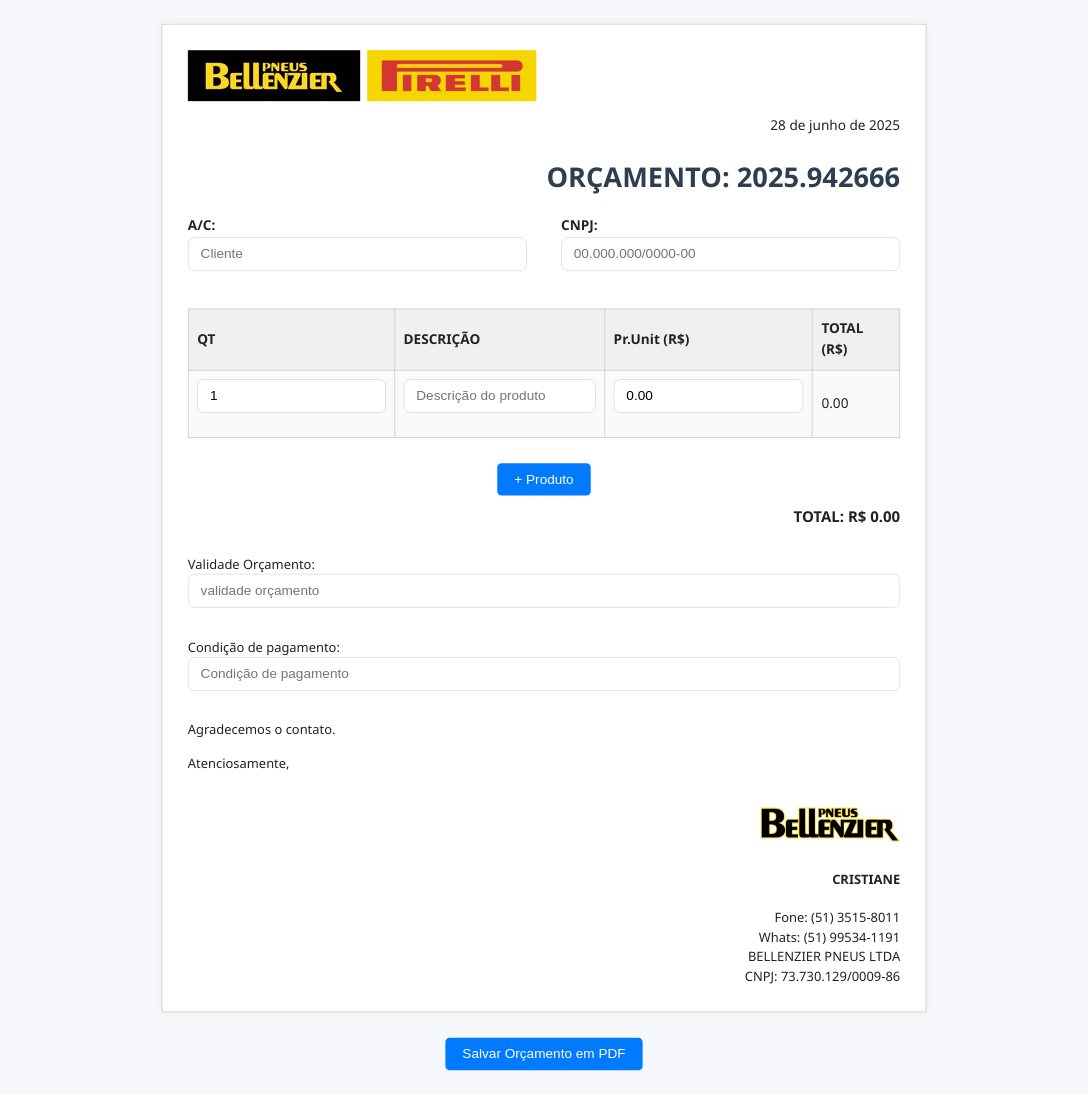
Repository: Cristiane-Sartori14/Orcamento
Page: index.html
These files come from the project's save history. The page is drawn as it stood at one moment and after the next save; the edit follows.
The browser window is 1280 px wide. The pictures show the whole page, at 85% of full size.

Above is the page before, as saved 2025-06-29 10:20:29.

### index.html
<!DOCTYPE html>
<html lang="pt-BR">
  <head>
    <meta charset="UTF-8" />
    <title>Orçamento Automático</title>
    <link rel="stylesheet" href="Styles.css">
    <script src="Script.js" defer></script>
    <script src="https://cdnjs.cloudflare.com/ajax/libs/html2pdf.js/0.10.1/html2pdf.bundle.min.js"></script>
  </head>
  <body>
    <div id="orcamentoArea">
      <div class="cabecalho">
        <img src="belle.png" alt="Logo Bellenzier" />
      </div>

      <div class="dados-topo">
        <p id="dataAtual"></p>
        <h1>ORÇAMENTO: <span id="numeroOrcamento"></span></h1>
      </div>

      <div class="linha">
        <label>
          A/C:
          <input type="text" id="ac" placeholder="Cliente" />
        </label>
        <p></p>
        <label>
          CNPJ:
          <input type="text" id="cnpj" placeholder="00.000.000/0000-00" />
        </label>
      </div>

      <table>
        <thead>
          <tr>
            <th>QT</th>
            <th>DESCRIÇÃO</th>
            <th>Pr.Unit (R$)</th>
            <th>TOTAL (R$)</th>
          </tr>
        </thead>
        <tbody id="corpoTabela">
          <tr>
            <td><input type="number" class="qtd" value="1" min="1" /></td>
            <td>
              <input
                type="text"
                class="descricao"
                placeholder="Descrição do produto"
              />
            </td>
            <td>
              <input type="number" class="valor" value="0.00" step="0.01" />
            </td>
            <td class="subtotal">0.00</td>
          </tr>
        </tbody>
      </table>

      <button class="botao" onclick="adicionarProduto()">+ Produto</button>

      <div class="totalGeral">TOTAL: R$ <span id="valorTotal">0.00</span></div>

      <div class="info-final">
        <label>
          <p></p>
          Validade Orçamento:
          <input type="text" id="val" placeholder="validade orçamento" />
        </label>

        <p></p>

        <label>
          Condição de pagamento:
          <input type="text" id="cond" placeholder="Condição de pagamento" />
        </label>

        <p>Agradecemos o contato.</p>
        <p>Atenciosamente,</p>
      </div>

      <div class="rodape">
        <img src="assin.png" alt="Logo Bellenzier" style="height: 40px" /><br />
        <strong>CRISTIANE</strong><br />
        Fone: (51) 3515-8011<br />
        Whats: (51) 99534-1191<br />
        BELLENZIER PNEUS LTDA<br />
        CNPJ: 73.730.129/0009-86
      </div>
    </div>

    <button class="botao" onclick="gerarPDF()">Salvar Orçamento em PDF</button>
  </body>
</html>

### Styles.css
:root {
  --primary-blue: #007bff;
  --primary-blue-hover: #0056b3;
  --green-dark: #1e7e34;
  --border-gray: #ccc;
  --background-light: #f5f7fa;
  --text-dark: #2c3e50;
  --input-border: #ddd;
  --input-border-focus: #3498db;
}

*,
*::before,
*::after {
  box-sizing: border-box;
}

body {
  font-family: "Segoe UI", Tahoma, Geneva, Verdana, sans-serif;
  background-color: var(--background-light);
  color: #222;
  line-height: 1.6;
  padding: 20px;
}

#orcamentoArea {
  background: #fff;
  max-width: 900px;
  margin: auto;
  padding: 30px;
  border: 1px solid var(--border-gray);
  box-shadow: 0 0 10px rgba(0, 0, 0, 0.05);
}

.cabecalho {
  display: flex;
  justify-content: space-between;
  align-items: center;
}

.cabecalho img {
  height: 60px;
}

.dados-topo {
  text-align: right;
}

h1,
h2,
h3 {
  color: var(--text-dark);
  margin-bottom: 20px;
  font-weight: 700;
}

.linha {
  display: flex;
  gap: 20px;
  margin-top: 20px;
}

.linha label {
  flex: 1;
  font-weight: bold;
  display: block;
  margin-bottom: 6px;
}

input[type="text"],
input[type="number"],
select,
textarea {
  width: 100%;
  padding: 10px 14px;
  margin-bottom: 18px;
  border: 1.8px solid var(--input-border);
  border-radius: 8px;
  font-size: 1rem;
  transition: border-color 0.3s ease;
}

input[type="text"]:focus,
input[type="number"]:focus,
select:focus,
textarea:focus {
  border-color: var(--input-border-focus);
  outline: 3px solid var(--input-border-focus);
  outline-offset: 2px;
}

table {
  width: 100%;
  margin-top: 20px;
  border-collapse: collapse;
}

th,
td {
  border: 1px solid var(--border-gray);
  padding: 10px;
  text-align: left;
}

th {
  background: #f0f0f0;
}

tbody tr:nth-child(odd) {
  background-color: #fafafa;
}

tbody tr:hover {
  background-color: #e9f0fb;
}

#totalGeral {
  font-weight: bold;
  font-size: 18px;
  color: var(--green-dark);
}

.totalGeral {
  text-align: right;
  font-size: 1.1em;
  font-weight: bold;
  margin-top: 10px;
}

.info-final {
  margin-top: 30px;
  font-size: 0.95em;
}

.rodape {
  display: flex;
  flex-direction: column;
  align-items: flex-end;       /* Alinha todos os elementos à direita */
  text-align: right;
  margin-top: 40px;
  font-size: 0.95em;
  line-height: 1.5;
}

.rodape img {
  height: 60px;
  margin-bottom: 10px;
}

.botao {
  display: block;
  margin: 30px auto 0;
  background: var(--primary-blue);
  color: white;
  padding: 10px 20px;
  border: none;
  border-radius: 5px;
  font-size: 16px;
  cursor: pointer;
  transition: background-color 0.3s ease, transform 0.2s ease;
}

.botao:hover {
  background: var(--primary-blue-hover);
  transform: scale(1.05);
}

.botao:active {
  transform: scale(0.98);
  background-color: #004080;
}

@media (max-width: 600px) {
  #orcamentoArea {
    padding: 15px;
    width: 95%;
  }

  .linha {
    flex-direction: column;
    gap: 10px;
  }
}

### Script.js
document.addEventListener("DOMContentLoaded", () => {
  const hoje = new Date();
  const dataFormatada = hoje.toLocaleDateString("pt-BR", {
    day: "2-digit",
    month: "long",
    year: "numeric",
  });
  document.getElementById("dataAtual").textContent = dataFormatada;
  document.getElementById("numeroOrcamento").textContent =
    new Date().getFullYear() +
    "." +
    Math.floor(100000 + Math.random() * 900000);
  document
    .querySelectorAll(".qtd, .valor")
    .forEach((input) => input.addEventListener("input", atualizarTotais));
  atualizarTotais();
});

document.getElementById("cnpj").addEventListener("input", function (e) {
  let valor = e.target.value.replace(/\D/g, ""); // remove tudo que não é número

  if (valor.length > 14) valor = valor.slice(0, 14); // limita a 14 dígitos

  let formatado = valor;
  if (valor.length >= 3) formatado = valor.slice(0, 2) + "." + valor.slice(2);
  if (valor.length >= 6)
    formatado = formatado.slice(0, 6) + "." + valor.slice(5);
  if (valor.length >= 9)
    formatado = formatado.slice(0, 10) + "/" + valor.slice(8);
  if (valor.length >= 13)
    formatado = formatado.slice(0, 15) + "-" + valor.slice(12);

  e.target.value = formatado;
});

function atualizarTotais() {
  let total = 0;
  document.querySelectorAll("#corpoTabela tr").forEach((linha) => {
    const qtd = parseFloat(linha.querySelector(".qtd")?.value || 0);
    const valor = parseFloat(linha.querySelector(".valor")?.value || 0);
    const subtotal = qtd * valor;
    linha.querySelector(".subtotal").textContent = subtotal.toFixed(2);
    total += subtotal;
  });
  document.getElementById("valorTotal").textContent = total.toFixed(2);
}

function adicionarProduto() {
  const linha = document.createElement("tr");
  linha.innerHTML = `
        <td><input type="number" class="qtd" value="1" min="1" /></td>
        <td><input type="text" class="descricao" placeholder="Descrição do produto" /></td>
        <td><input type="number" class="valor" value="0.00" step="0.01" /></td>
        <td class="subtotal">0.00</td>
      `;
  document.getElementById("corpoTabela").appendChild(linha);
  linha.querySelector(".qtd").addEventListener("input", atualizarTotais);
  linha.querySelector(".valor").addEventListener("input", atualizarTotais);
}

function gerarPDF() {
  console.log("Gerando PDF...");
  const area = document.getElementById("orcamentoArea");
  const opt = {
    margin: 10,
    filename: `Orcamento_${Date.now()}.pdf`,
    image: { type: "jpeg", quality: 0.98 },
    html2canvas: { scale: 2 },
    jsPDF: { unit: "mm", format: "a4", orientation: "portrait" },
  };
  html2pdf().set(opt).from(area).save();
}

After the next save:
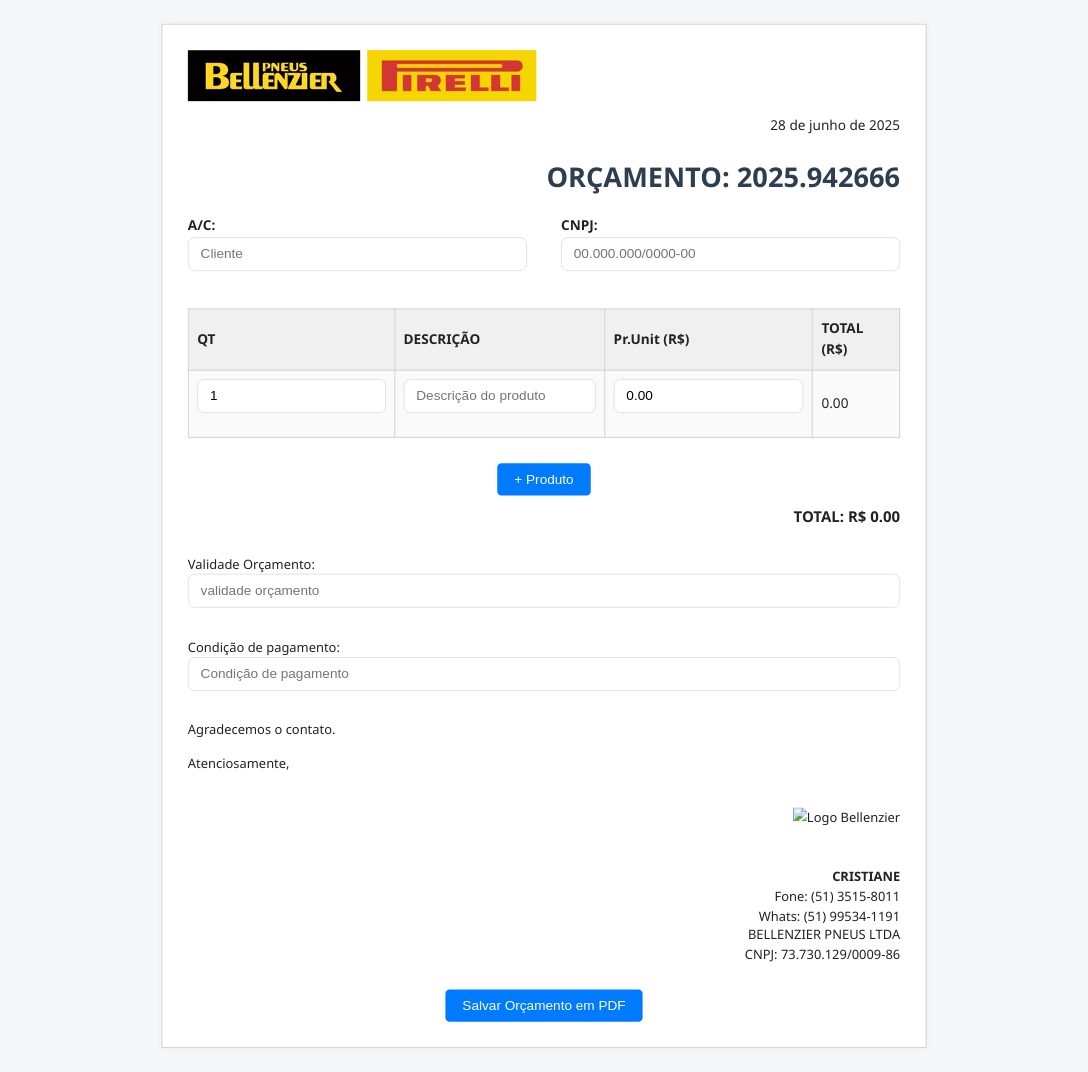
Not found: bellenzier-logo.png
Saved 32 s later.
--- a/index.html
+++ b/index.html
@@ -79,15 +79,14 @@
         <p>Atenciosamente,</p>
       </div>
 
-      <div class="rodape">
-        <img src="assin.png" alt="Logo Bellenzier" style="height: 40px" /><br />
-        <strong>CRISTIANE</strong><br />
-        Fone: (51) 3515-8011<br />
-        Whats: (51) 99534-1191<br />
-        BELLENZIER PNEUS LTDA<br />
-        CNPJ: 73.730.129/0009-86
-      </div>
-    </div>
+     <div class="rodape">
+  <img src="bellenzier-logo.png" alt="Logo Bellenzier" />
+  <strong>CRISTIANE</strong>
+  <span>Fone: (51) 3515-8011</span>
+  <span>Whats: (51) 99534-1191</span>
+  <span>BELLENZIER PNEUS LTDA</span>
+  <span>CNPJ: 73.730.129/0009-86</span>
+</div>
 
     <button class="botao" onclick="gerarPDF()">Salvar Orçamento em PDF</button>
   </body>

After the 2 saves that followed:
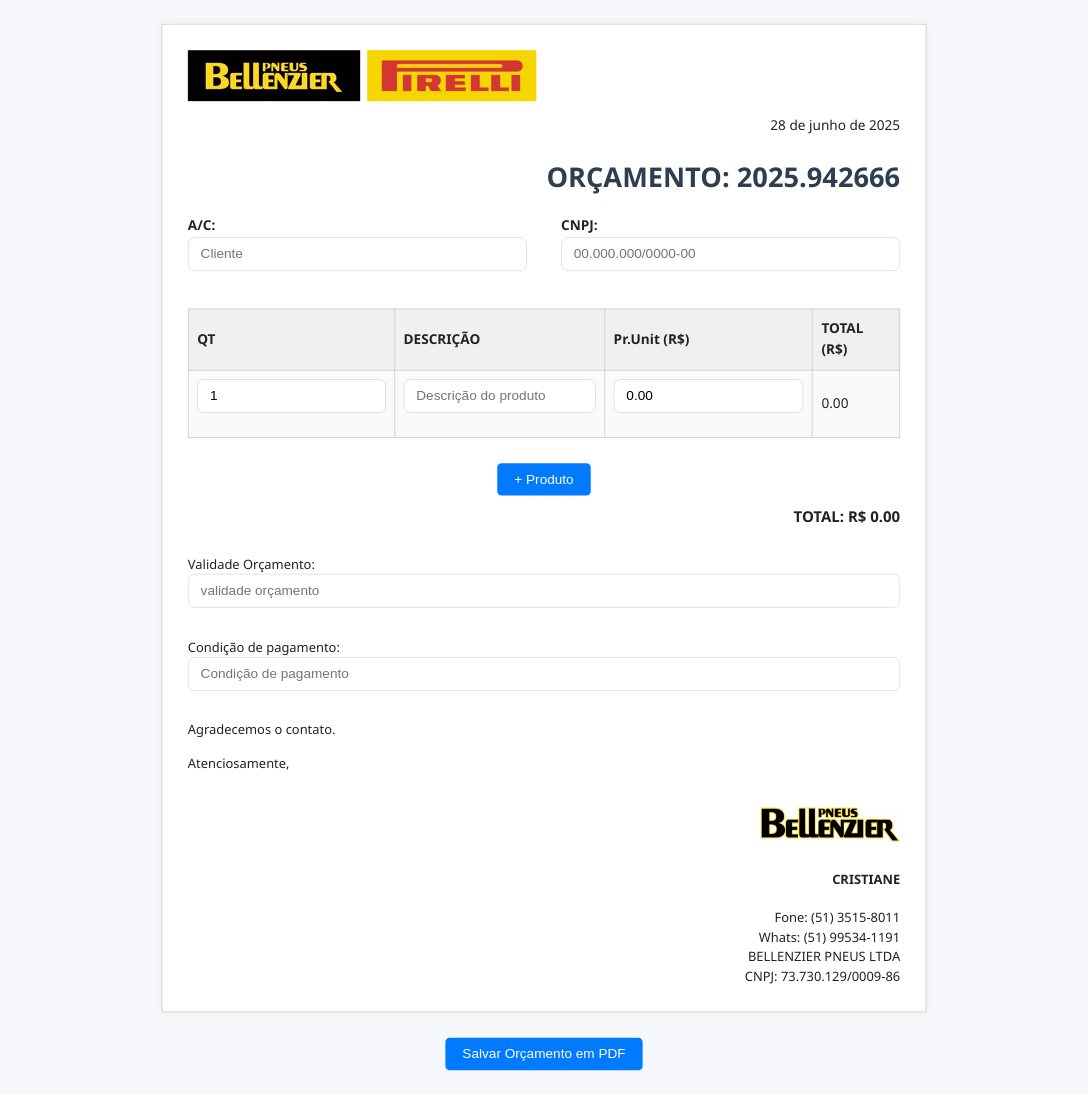
The 2 saves are shown as one change because 1 left the picture as it was.
The last was saved 23 s later.
--- a/index.html
+++ b/index.html
@@ -79,14 +79,15 @@
         <p>Atenciosamente,</p>
       </div>
 
-     <div class="rodape">
-  <img src="bellenzier-logo.png" alt="Logo Bellenzier" />
-  <strong>CRISTIANE</strong>
-  <span>Fone: (51) 3515-8011</span>
-  <span>Whats: (51) 99534-1191</span>
-  <span>BELLENZIER PNEUS LTDA</span>
-  <span>CNPJ: 73.730.129/0009-86</span>
-</div>
+      <div class="rodape">
+        <img src="assin.png" alt="Logo Bellenzier" style="height: 40px" /><br />
+        <strong>CRISTIANE</strong><br />
+        Fone: (51) 3515-8011<br />
+        Whats: (51) 99534-1191<br />
+        BELLENZIER PNEUS LTDA<br />
+        CNPJ: 73.730.129/0009-86
+      </div>
+    </div>
 
     <button class="botao" onclick="gerarPDF()">Salvar Orçamento em PDF</button>
   </body>
